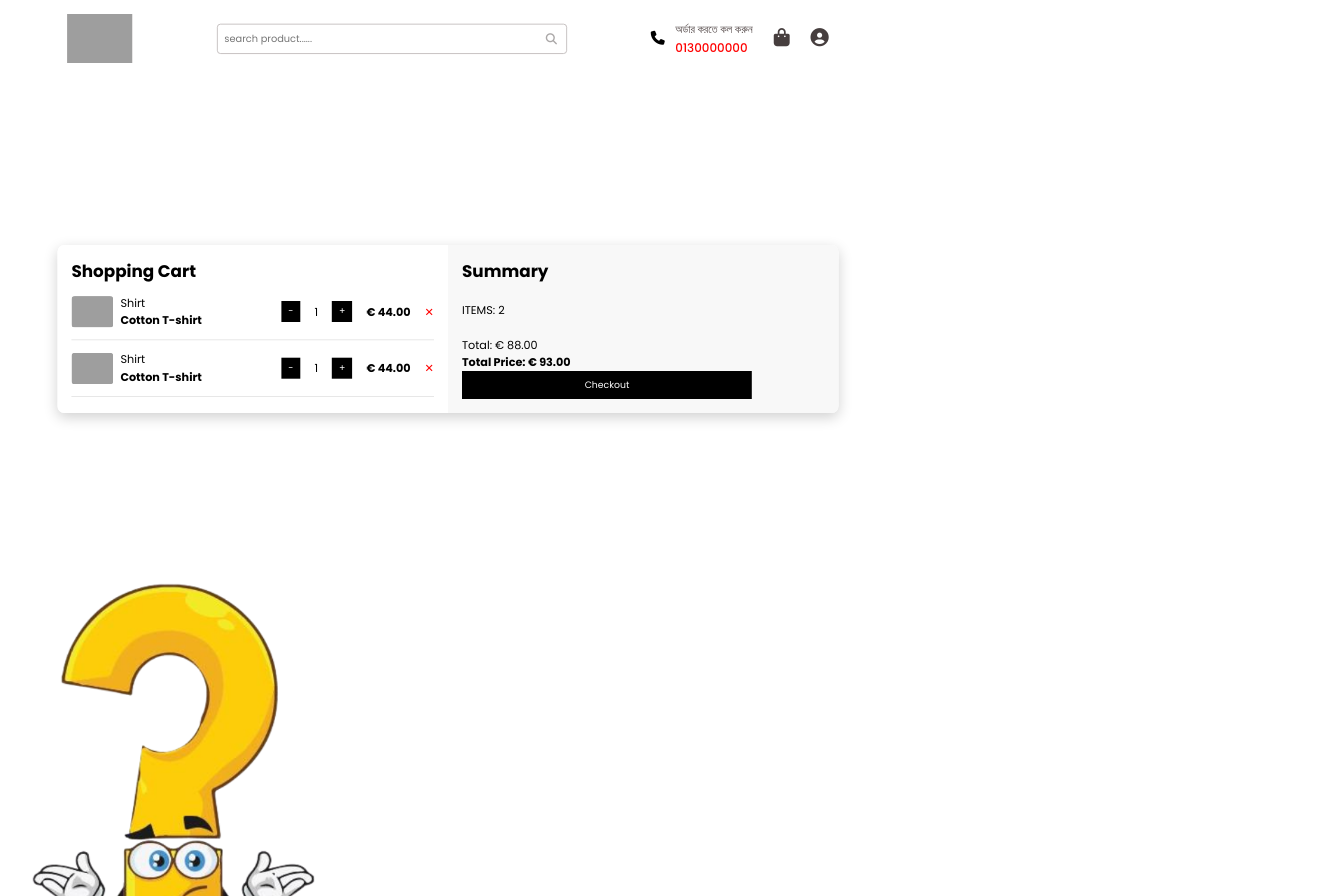
Repository: saifscripts/accessories-mart
Page: /cart
An editor plug-in stored every save of this project. The page is shown before and after a run of saves, followed by the edit.
The browser window is 1280 px wide. The page is 3000 px wide, so the pictures cover 1920 px, including what lies to the right of the window. The pictures show the part of the page from y = 0 to 1280 px (the page is 7972 px tall), at 70% of full size.
Pictures or frames that could not be fetched are drawn as grey boxes. The page's requests for data from a server got no answer. The project was rebuilt for these pictures with package versions that can differ from the ones it lists, and the page was loaded fresh each time. No one was signed in, and anything a server would have sent is missing. Also part of the build but not shown: vite.config.js, src/App.jsx, src/components/Hero.jsx, src/components/Products.jsx, src/components/Loader.jsx, src/components/ProductSection.jsx, src/components/ProductsByClass.jsx, src/pages/Home.jsx and 2 more. Imported but missing from the stored project, and not drawn on this page: src/context/CartContext.

Above is the page before, as saved 2025-03-17 01:55:31.

### index.html
<!doctype html>
<html lang="en">

<head>
  <meta charset="UTF-8" />
  <link rel="icon" type="image/svg+xml" href="logo.png" />
  <meta name="viewport" content="width=device-width, initial-scale=1.0" />
  <title>ভাই দাম কত ?</title>
  <!-- Carousel -->
  <link rel="stylesheet" href="https://cdnjs.cloudflare.com/ajax/libs/OwlCarousel2/2.3.4/assets/owl.carousel.min.css"
    integrity="sha512-tS3S5qG0BlhnQROyJXvNjeEM4UpMXHrQfTGmbQ1gKmelCxlSEBUaxhRBj/EFTzpbP4RVSrpEikbmdJobCvhE3g=="
    crossorigin="anonymous" referrerpolicy="no-referrer" />
  <link rel="stylesheet"
    href="https://cdnjs.cloudflare.com/ajax/libs/OwlCarousel2/2.3.4/assets/owl.theme.default.min.css"
    integrity="sha512-sMXtMNL1zRzolHYKEujM2AqCLUR9F2C4/05cdbxjjLSRvMQIciEPCQZo++nk7go3BtSuK9kfa/s+a4f4i5pLkw=="
    crossorigin="anonymous" referrerpolicy="no-referrer" />
  <!-- === font-awesome icon CDN === -->
  <link rel="stylesheet" href="https://cdnjs.cloudflare.com/ajax/libs/font-awesome/6.7.2/css/all.min.css"
    integrity="sha512-Evv84Mr4kqVGRNSgIGL/F/aIDqQb7xQ2vcrdIwxfjThSH8CSR7PBEakCr51Ck+w+/U6swU2Im1vVX0SVk9ABhg=="
    crossorigin="anonymous" referrerpolicy="no-referrer" />
</head>

<body>
  <div id="root"></div>
  <script type="module" src="/src/main.jsx"></script>
  <!-- =======Jquery ======== -->
  <script src="https://cdnjs.cloudflare.com/ajax/libs/jquery/3.7.1/jquery.min.js"
    integrity="sha512-v2CJ7UaYy4JwqLDIrZUI/4hqeoQieOmAZNXBeQyjo21dadnwR+8ZaIJVT8EE2iyI61OV8e6M8PP2/4hpQINQ/g=="
    crossorigin="anonymous" referrerpolicy="no-referrer"></script>

</body>

</html>

### src/main.jsx
import { StrictMode } from 'react'
import { createRoot } from 'react-dom/client'
import './index.css'
import App from './App.jsx'
import {
  createBrowserRouter,
  RouterProvider,
} from "react-router-dom";
import Home from './pages/Home.jsx';
import Single from './pages/Single.jsx';
import MainLayout from './layout/MainLayout.jsx';
import ScrollToTop from './components/ScrollToTop.jsx';
import Cart from './pages/Cart.jsx';

const router = createBrowserRouter([
  {
    path: "/",
    element: <MainLayout />,
    children: [
      {
        path: "/",
        element: <Home />,
      },
      {
        path: "/single/:id",
        element: <Single />,
      },
      {
        path: "/cart",
        element: <Cart />,
      }
    ]
  },
]);

createRoot(document.getElementById('root')).render(
  <StrictMode>
    <RouterProvider router={router} />
  </StrictMode>,
)

### src/layout/MainLayout.jsx
import React from 'react';
import Header from '../components/Header';
import { Outlet } from 'react-router-dom';
import MainFooter from '../components/MainFooter';
import ScrollToTop from '../components/ScrollToTop';

const MainLayout = () => {
    return (
        <div>
            <Header />
            <ScrollToTop />
            <Outlet />
            <MainFooter />
        </div>
    );
};

export default MainLayout;

### src/pages/Cart.jsx
import React from 'react';

const Cart = () => {
    return (
        <div class="cart-section">
            <div class="container">
                <div class="column">
                    <h2>Shopping Cart</h2>
                    <div class="cart-item">
                        <img src="https://i.imgur.com/1GrakTl.jpg" alt="T-shirt" />
                        <div class="item-details">
                            <p class="item-category">Shirt</p>
                            <p class="item-name">Cotton T-shirt</p>
                        </div>
                        <div class="quantity">
                            <button>-</button>
                            <span>1</span>
                            <button>+</button>
                        </div>
                        <p class="price">&euro; 44.00</p>
                        <span class="remove">&#10005;</span>
                    </div>
                    <div class="cart-item">
                        <img src="https://i.imgur.com/ba3tvGm.jpg" alt="T-shirt" />
                        <div class="item-details">
                            <p class="item-category">Shirt</p>
                            <p class="item-name">Cotton T-shirt</p>
                        </div>
                        <div class="quantity">
                            <button>-</button>
                            <span>1</span>
                            <button>+</button>
                        </div>
                        <p class="price">&euro; 44.00</p>
                        <span class="remove">&#10005;</span>
                    </div>
                </div>

                <div class="column">
                    <h2>Summary</h2><br />
                    <p>ITEMS: 2</p> <br />
                    <p>Total: &euro; 88.00</p>
                    {/* <label for="shipping">Shipping:</label>
                    <select id="shipping">
                        <option>Standard - &euro;5.00</option>
                    </select>
                    <input type="text" placeholder="Enter your code" /> */}
                    <p><strong>Total Price: &euro; 93.00</strong></p>
                    <button>Checkout</button>
                </div>
            </div>
        </div>
    );
};

export default Cart;

### src/components/Header.jsx
import React from 'react';
import { Link } from 'react-router-dom';

const Header = () => {
    return (
        <div>
            <header>
                <div className="ar-headerContainer">
                    <div className="ar-headerLogo">
                        <Link href="/">
                             <img src="https://kanerdul.com/public/66dee4efb04ac.jpg" alt="header-logo" />
                        </Link>
                    </div>
                    <div className="ar-Search">
                        <input type="search" placeholder="search product......" />
                        <div className="ar-search-icon"><a href=""><i className="fa-solid fa-magnifying-glass"></i></a></div>
                    </div>

                    <div className="ar-contact">
                        <div className="contactPhone">
                            <div className="ar-contactIcon">
                                <i className="fa-solid fa-phone"></i>
                            </div>
                            <div className="ar-contact-container">
                                <p>
                                    অর্ডার করতে কল করুন
                                </p>
                                <span> 0130000000</span>
                            </div>
                        </div>
                        <div className="ar-cart">
                            <i className="fa-solid fa-bag-shopping"></i>
                        </div>
                        <div className="ar-cart">
                            <a href="account-page.html"><i className="fa-solid fa-circle-user"></i></a>
                        </div>
                    </div>

                </div>
            </header>
        </div>
    );
};

export default Header;

### src/components/MainFooter.jsx
/* eslint-disable react-hooks/exhaustive-deps */
/* eslint-disable no-unused-vars */
import React, { useEffect, useState } from "react";
import bkash from "/bkash.svg";
import nagad from "/nagad.png";
import rocket from "/rocket.png";
import whatsapp from "/WhatsApp.svg.webp";
import americanexpress from "/americanexpress.png";
import { Link } from "react-router-dom";
import { FaFacebookF, FaPhoneAlt, FaWhatsapp } from "react-icons/fa";
import { IoLogoWhatsapp } from "react-icons/io";

const MainFooter = () => {
  // const [menuopen, setMenuOpen] = useState(false);

  const [data, setData] = useState([]);
  const [loading, setLoading] = useState(true);
  const BASE_URL = import.meta.env.VITE_API_BASE_URL;

  // Fetch data
  const loadData = async () => {
    try {
      const response = await fetch(`${BASE_URL}/products/categories`);
      const result = await response.json();
      setData(result);
    } catch (error) {
      console.error("Error fetching data:", error);
    } finally {
      setLoading(false);
    }
  };

  useEffect(() => {
    loadData();
  }, []);

  return (
    <section class="py-10 bg-black sm:pt-16 lg:pt-16 mt-20">
      <div class="px-4 mx-auto sm:px-6 lg:px-8 max-w-7xl">
        <div class="grid grid-cols-2 md:grid-cols-4 lg:grid-cols-8 gap-y-12 gap-x-8 xl:gap-x-12">
          <div class="col-span-2 md:col-span-4 xl:pr-8">
            <Link to="/"><img class="w-auto h-14" src="/logo.png" alt="" /></Link>

            <p class="text-base leading-relaxed text-gray-200 mt-7">
              Discover the latest tech at Gadgetex – your one-stop shop for
              innovative gadgets and accessories. Shop smart, stay ahead.
            </p>

            <Link
              to="https://web.facebook.com/messages/t/116061797769426/"
              target="_blank"
              class="inline-flex items-center justify-center px-6 py-4 font-semibold text-white transition-all duration-200 bg-blue-600 rounded-md hover:bg-blue-700 focus:bg-blue-700 mt-7"
            >
              <svg
                class="w-6 h-6"
                xmlns="http://www.w3.org/2000/svg"
                fill="none"
                viewBox="0 0 24 24"
                stroke="currentColor"
              >
                <path
                  stroke-linecap="round"
                  stroke-linejoin="round"
                  stroke-width="2"
                  d="M8 12h.01M12 12h.01M16 12h.01M21 12c0 4.418-4.03 8-9 8a9.863 9.863 0 01-4.255-.949L3 20l1.395-3.72C3.512 15.042 3 13.574 3 12c0-4.418 4.03-8 9-8s9 3.582 9 8z"
                />
              </svg>
              Start Live Chat
            </Link>
          </div>

          <div class="lg:col-span-2">
            <p class="text-md font-semibold text-gray-100">Categories</p>

            <ul class="mt-6 space-y-2">
              {data[0]?.slice(0, 5).map((item) => (
                <li key={item.id}>
                  <Link
                    className="flex text-sm font-semibold text-gray-200 transition-all duration-200 hover:text-green-600 focus:text-orange-600"
                    style={{ textTransform: "capitalize" }}
                    to={`/category/${item.name}`}
                  >
                    {item.name}
                  </Link>
                </li>
              ))}
            </ul>
          </div>

          <div class="lg:col-span-2">
            <p class="text-md font-semibold text-gray-100">Contact</p>

            <ul class="mt-6 space-y-2">
              <li>
                <a
                  href="tel:+8801851003265"
                  target="_blank"
                  class="flex items-center gap-2  text-sm font-semibold text-gray-200 transition-all duration-200 hover:text-green-600 focus:text-orange-600"
                >
                  <FaPhoneAlt /> +880 1851003265
                </a>
              </li>
              <li>
                <a
                  href="https://web.facebook.com/vai.dam.koto"
                  target="_blank"
                  class="flex items-center gap-2  text-sm font-semibold text-gray-200 transition-all duration-200 hover:text-green-600 focus:text-orange-600"
                >
                  <FaFacebookF className="text-blue-600" size={15} /> Facebook
                </a>
              </li>
              <li>
                <a
                  href="https://wa.me/+8801851003265"
                  target="_blank"
                  class="flex items-center gap-2  text-sm font-semibold text-gray-200 transition-all duration-200 hover:text-green-600 focus:text-orange-600"
                >
                  {" "}
                  <IoLogoWhatsapp className="text-green-600" size={15} />
                  WhatsApp{" "}
                </a>
              </li>
            </ul>
          </div>
        </div>

        <div class="lg:col-span-2 lg:-mt-16 mt-10">
          <ul class="flex justify-center lg:justify-end items-stretch gap-6 ">
            <li className="border-1 border-gray-300 bg-white cursor-pointer rounded flex justify-between items-start p-1">
              <img src={bkash} className="w-10 h-8" alt="" />
            </li>

            <li className="border-1 border-gray-300 bg-white cursor-pointer rounded flex justify-between items-start p-1">
              <img src={nagad} className="w-10 h-8" alt="" />
            </li>

            <li className="border-1 border-gray-300 bg-white cursor-pointer rounded flex justify-between items-start p-1">
              <img src={rocket} className="w-10 h-8" alt="" />
            </li>

            <li className="border-1 border-gray-300 bg-white cursor-pointer rounded flex justify-between items-start p-1">
              <img src={americanexpress} className="w-10 h-8" alt="" />
            </li>
          </ul>
        </div>
        <hr class="mt-16 mb-10 border-gray-200" />

        <div class="sm:flex sm:items-center justify-center">
          <p class="text-sm text-gray-300">
            © Copyright 2021, All Rights Reserved by Vai Dam Koto
          </p>
        </div>
      </div>
      <div className="fixed bottom-4 right-4 z-50">
        <Link to={"https://wa.me/+8801851003265"} target="_blank">
          {" "}
          <img src={whatsapp} className="w-18" alt="" />
        </Link>
      </div>
    </section>
  );
};

export default MainFooter;

Loaded but not shown: src/components/ScrollToTop.jsx (common file); src/index.css (1129 lines, source omitted); src/App.css (no stored copy; drawn as an empty file)

After the next 2 saves:
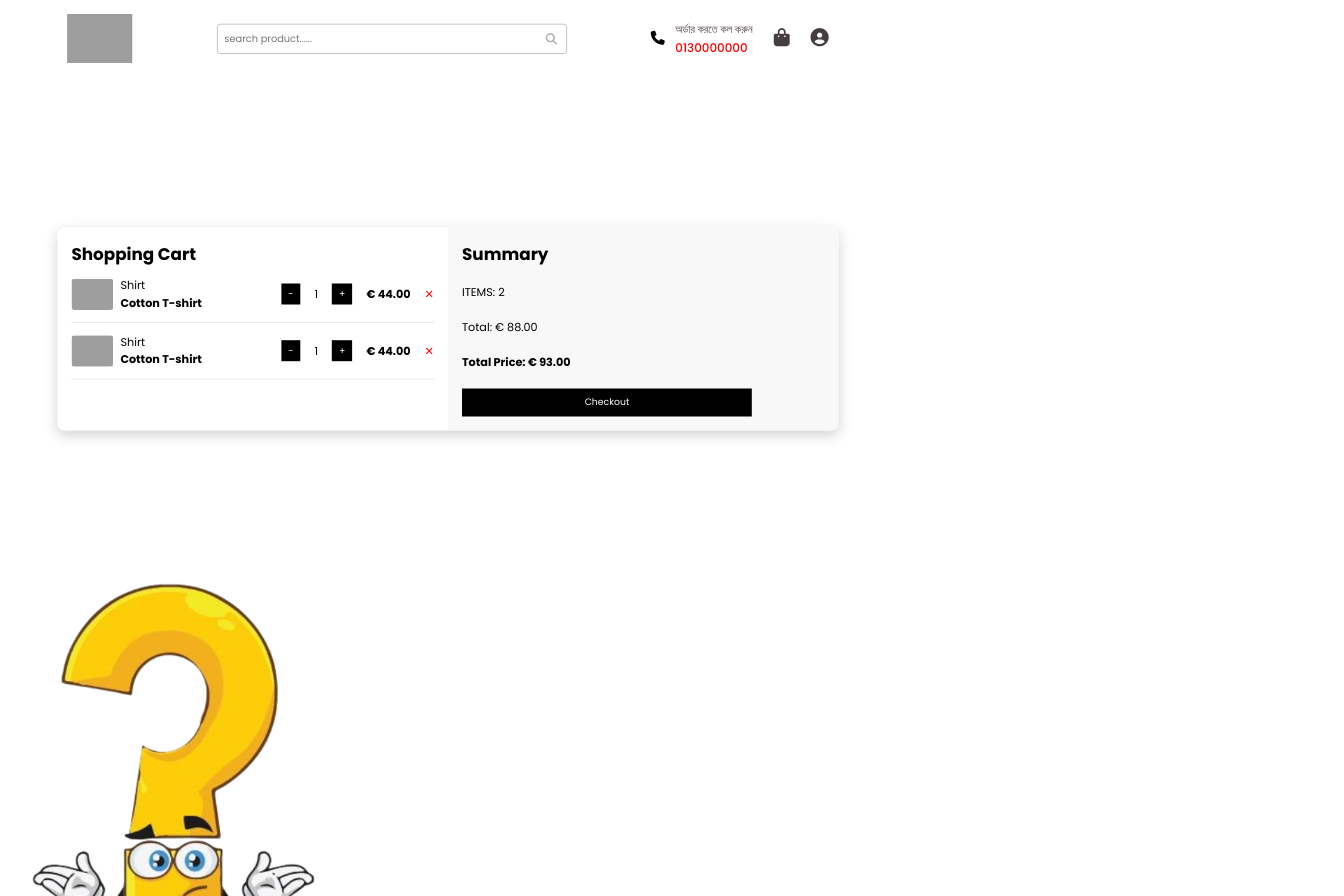
The 2 saves are shown as one change because they came seconds apart.
The last was saved 7 s later.
--- a/src/pages/Cart.jsx
+++ b/src/pages/Cart.jsx
@@ -39,13 +39,13 @@ const Cart = () => {
                 <div class="column">
                     <h2>Summary</h2><br />
                     <p>ITEMS: 2</p> <br />
-                    <p>Total: &euro; 88.00</p>
+                    <p>Total: &euro; 88.00</p> <br />
                     {/* <label for="shipping">Shipping:</label>
                     <select id="shipping">
                         <option>Standard - &euro;5.00</option>
                     </select>
                     <input type="text" placeholder="Enter your code" /> */}
-                    <p><strong>Total Price: &euro; 93.00</strong></p>
+                    <p><strong>Total Price: &euro; 93.00</strong></p> <br />
                     <button>Checkout</button>
                 </div>
             </div>
